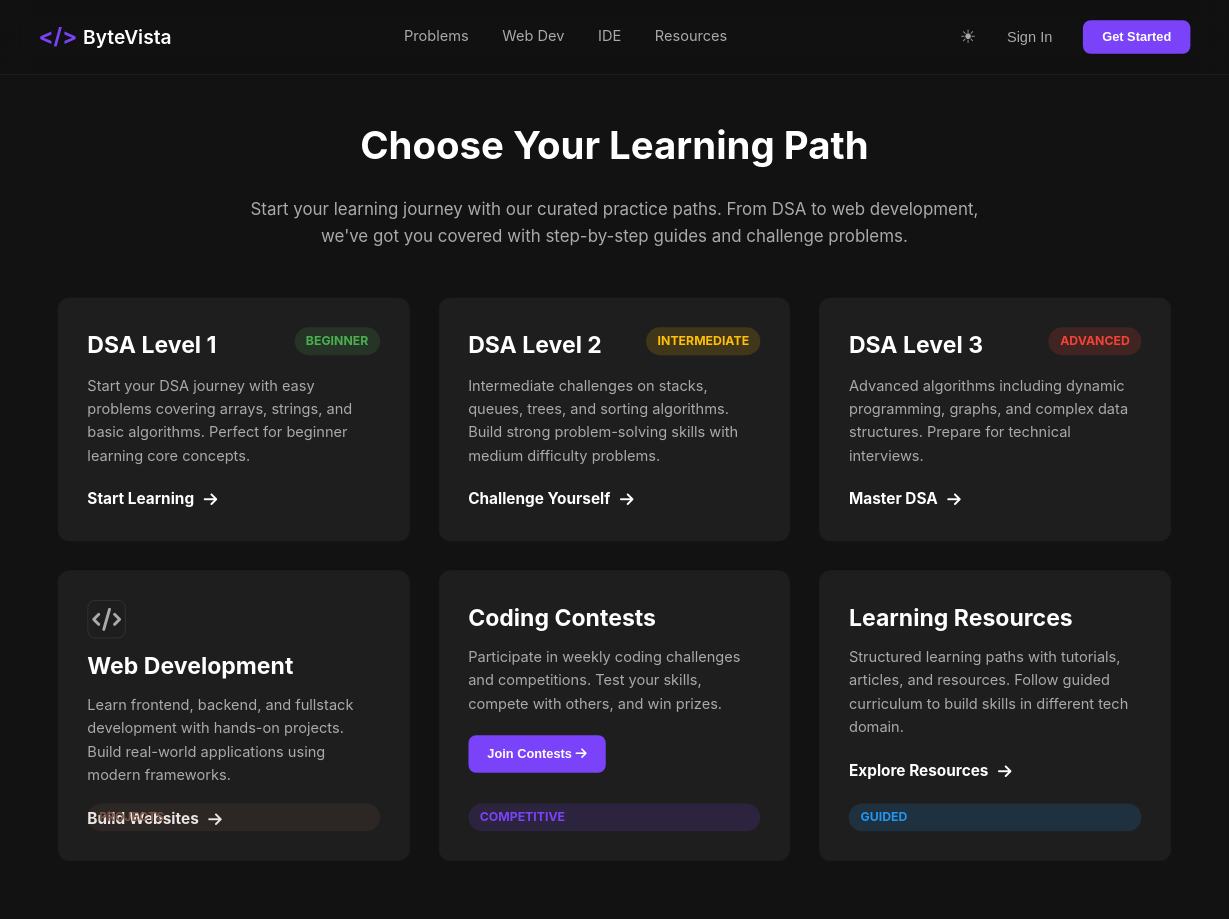
Repository: biswaranjansatapathy2005-lang/ByteVista
Page: frontend/course/course.html
The author's editor kept a copy of each file at every save. The page is drawn from the files as they stood at one save, then again after the next save.
The browser window is 1280 px wide. The pictures show the whole page, at 96% of full size.

Above is the page before, as saved 2025-12-13 02:50:14.

### frontend/course/course.html
<!DOCTYPE html>
<html lang="en">
<head>
    <meta charset="UTF-8">
    <meta name="viewport" content="width=device-width, initial-scale=1.0">
    <title>ByteVista-style Course Section</title>
    <link rel="stylesheet" href="course.css">
    <link rel="stylesheet" href="https://cdnjs.cloudflare.com/ajax/libs/font-awesome/6.0.0-beta3/css/all.min.css">
</head>
<body>
    <header class="main-header">
    <a href="#" class="brand-logo">
        <span class="logo-icon">&lt;/&gt;</span>
        <span class="logo-text">ByteVista</span>
    </a>

    <nav class="nav-links">
        <a href="#">Problems</a>
        <a href="#">Web Dev</a>
        <a href="#">IDE</a>
        <a href="#">Resources</a>
    </nav>

    <div class="user-actions">
        <button class="theme-toggle" aria-label="Toggle Theme">☀</button>
        <button class="sign-in">Sign In</button>
        <button class="get-started">Get Started</button>
    </div>
</header>

    <script>
    const header = document.querySelector('.main-header');

    window.addEventListener('scroll', () => {
        if (window.scrollY > 10) {
            header.classList.add('scrolled');
        } else {
            header.classList.remove('scrolled');
        }
    });
</script>


    <section class="learning-paths">
        <div class="container">
            <h2 class="section-title">Choose Your Learning Path</h2>
            <p class="section-subtitle">
                Start your learning journey with our curated practice paths. From DSA to web development,
                we've got you covered with step-by-step guides and challenge problems.
            </p>

            <div class="card-grid">
                <a href="#" class="card card-dsa-1">
                    <span class="tag tag-beginner">Beginner</span>
                    <div class="card-content">
                        <h3>DSA Level 1</h3>
                        <p>Start your DSA journey with easy problems covering arrays, strings, and basic algorithms. Perfect for beginner learning core concepts.</p>
                        <div class="card-link">
                            Start Learning <i class="fas fa-arrow-right"></i>
                        </div>
                    </div>
                </a>

                <a href="#" class="card card-dsa-2">
                    <span class="tag tag-intermediate">Intermediate</span>
                    <div class="card-content">
                        <h3>DSA Level 2</h3>
                        <p>Intermediate challenges on stacks, queues, trees, and sorting algorithms. Build strong problem-solving skills with medium difficulty problems.</p>
                        <div class="card-link">
                            Challenge Yourself <i class="fas fa-arrow-right"></i>
                        </div>
                    </div>
                </a>

                <a href="#" class="card card-dsa-3">
                    <span class="tag tag-advanced">Advanced</span>
                    <div class="card-content">
                        <h3>DSA Level 3</h3>
                        <p>Advanced algorithms including dynamic programming, graphs, and complex data structures. Prepare for technical interviews.</p>
                        <div class="card-link">
                            Master DSA <i class="fas fa-arrow-right"></i>
                        </div>
                    </div>
                </a>

                <a href="#" class="card card-web-dev">
                    <span class="icon-indicator"><i class="fas fa-code"></i></span>
                    <span class="tag tag-projects">Projects</span>
                    <div class="card-content">
                        <h3>Web Development</h3>
                        <p>Learn frontend, backend, and fullstack development with hands-on projects. Build real-world applications using modern frameworks.</p>
                        <div class="card-link">
                            Build Websites <i class="fas fa-arrow-right"></i>
                        </div>
                    </div>
                </a>

                <a href="#" class="card card-contests">
                    <span class="tag tag-competitive">Competitive</span>
                    <div class="card-content">
                        <h3>Coding Contests</h3>
                        <p>Participate in weekly coding challenges and competitions. Test your skills, compete with others, and win prizes.</p>
                        <button class="join-btn">Join Contests <i class="fas fa-arrow-right"></i></button>
                    </div>
                </a>

                <a href="#" class="card card-resources">
                    <span class="tag tag-guided">Guided</span>
                    <div class="card-content">
                        <h3>Learning Resources</h3>
                        <p>Structured learning paths with tutorials, articles, and resources. Follow guided curriculum to build skills in different tech domain.</p>
                        <div class="card-link">
                            Explore Resources <i class="fas fa-arrow-right"></i>
                        </div>
                    </div>
                </a>
            </div>
        </div>
    </section>



    <script src="course.js"></script>
</body>
</html>

### frontend/course/course.css
/* Base Styles for Dark Theme */
:root {
    --color-background: #121212;
    --color-card-bg: #1e1e1e;
    --color-text-primary: #ffffff;
    --color-text-secondary: #aaaaaa;
    --color-accent-purple: #7b43f9;
    --color-border-subtle: #333333;
    --color-shadow: rgba(0, 0, 0, 0.4);

    /* Tag Colors */
    --tag-beginner-bg: rgba(76, 175, 80, 0.15);
    --tag-beginner-text: #4caf50;
    --tag-intermediate-bg: rgba(255, 193, 7, 0.15);
    --tag-intermediate-text: #ffc107;
    --tag-advanced-bg: rgba(244, 67, 54, 0.15);
    --tag-advanced-text: #f44336;
    --tag-projects-bg: rgba(121, 85, 72, 0.15);
    --tag-projects-text: #795548;
    --tag-competitive-bg: rgba(123, 67, 249, 0.15);
    --tag-competitive-text: #7b43f9;
    --tag-guided-bg: rgba(33, 150, 243, 0.15);
    --tag-guided-text: #2196f3;
}

* {
    margin: 0;
    padding: 0;
    box-sizing: border-box;
}

body {
    font-family: 'Inter', sans-serif;
    background: var(--color-background);
    color: var(--color-text-primary);
    min-height: 100vh;
    line-height: 1.6;
}

.container {
    max-width: 1200px;
    margin: 0 auto;
    padding: 0 20px;
}

/* ----------------------------------------------------
   GLASS NAVBAR (ByteVista-style)
---------------------------------------------------- */
.main-header {
    position: fixed;
    top: 0;
    left: 0;
    width: 100%;
    z-index: 999;

    display: flex;
    align-items: center;
    justify-content: space-between;

    padding: 20px 40px;

    background: rgba(18, 18, 18, 0.25);
    backdrop-filter: blur(12px);
    -webkit-backdrop-filter: blur(12px);

    border-bottom: 1px solid rgba(255, 255, 255, 0.05);

    transition:
        padding 0.25s ease,
        background 0.25s ease,
        border-color 0.25s ease,
        backdrop-filter 0.3s ease;
}

.main-header.scrolled {
    background: rgba(18, 18, 18, 0.55);
    backdrop-filter: blur(18px);
    -webkit-backdrop-filter: blur(18px);
    padding: 12px 40px;
    border-bottom: 1px solid rgba(255, 255, 255, 0.12);
}

/* Logo */
.brand-logo {
    display: flex;
    align-items: center;
    gap: 6px;
    text-decoration: none;
}

.logo-icon {
    font-size: 1.45rem;
    font-weight: 700;
    color: var(--color-accent-purple);
}

.logo-text {
    font-size: 1.25rem;
    font-weight: 600;
    color: var(--color-text-primary);
}

/* Nav Links */
.nav-links {
    display: flex;
    gap: 35px;
}

.nav-links a {
    text-decoration: none;
    color: var(--color-text-secondary);
    font-size: 0.95rem;
    transition: color 0.25s ease;
}

.nav-links a:hover {
    color: #ffffff;
}

/* Right Side Buttons */
.user-actions {
    display: flex;
    align-items: center;
    gap: 18px;
}

.theme-toggle {
    background: none;
    border: none;
    color: var(--color-text-secondary);
    font-size: 1.2rem;
    cursor: pointer;
}

.sign-in {
    background: none;
    border: none;
    color: var(--color-text-secondary);
    font-size: 0.95rem;
    cursor: pointer;
    padding: 8px 14px;
}

.get-started {
    background: var(--color-accent-purple);
    color: #fff;
    border: none;
    border-radius: 8px;
    padding: 10px 20px;
    cursor: pointer;
    font-weight: 600;
    transition: 0.25s ease;
}

.get-started:hover {
    background: #9c6eff;
}

/* ----------------------------------------------------
   Section Title
---------------------------------------------------- */
.learning-paths {
    padding: 120px 0 60px; /* Add space because navbar is fixed */
}

.section-title {
    text-align: center;
    font-size: 2.5rem;
    margin-bottom: 20px;
}

.section-subtitle {
    text-align: center;
    color: var(--color-text-secondary);
    max-width: 800px;
    margin: 0 auto 50px;
    font-size: 1.1rem;
}

/* ----------------------------------------------------
   CARD GRID
---------------------------------------------------- */
.card-grid {
    display: grid;
    grid-template-columns: repeat(3, 1fr);
    gap: 30px;
}

/* Card */
.card {
    display: block;
    text-decoration: none;
    background: var(--color-card-bg);
    border-radius: 12px;
    padding: 30px;
    color: var(--color-text-primary);
    position: relative;

    border: 1px solid var(--color-card-bg);
    transition: transform 0.3s ease, box-shadow 0.3s ease, border-color 0.3s ease;
}

.card:hover {
    transform: translateY(-5px);
    box-shadow: 0 15px 30px var(--color-shadow);
    border-color: var(--color-accent-purple);
}

.card h3 {
    font-size: 1.5rem;
    margin-bottom: 10px;
}

.card p {
    color: var(--color-text-secondary);
    margin-bottom: 20px;
    font-size: 0.95rem;
}

/* Tags */
.tag {
    position: absolute;
    top: 30px;
    right: 30px;
    padding: 4px 12px;
    font-size: 0.8rem;
    font-weight: bold;
    border-radius: 18px;
    text-transform: uppercase;
}

/* Levels */
.tag-beginner { background: var(--tag-beginner-bg); color: var(--tag-beginner-text); }
.tag-intermediate { background: var(--tag-intermediate-bg); color: var(--tag-intermediate-text); }
.tag-advanced { background: var(--tag-advanced-bg); color: var(--tag-advanced-text); }

/* Left-aligned tags */
.tag-projects, .tag-competitive, .tag-guided {
    left: 30px;
    bottom: 30px;
    top: auto;
    padding: 4px 12px;
}

.tag-projects { background: var(--tag-projects-bg); color: var(--tag-projects-text); }
.tag-competitive { background: var(--tag-competitive-bg); color: var(--tag-competitive-text); }
.tag-guided { background: var(--tag-guided-bg); color: var(--tag-guided-text); }

/* Card link */
.card-link {
    color: var(--color-text-primary);
    font-weight: bold;
    display: flex;
    align-items: center;
    gap: 10px;
    transition: 0.3s;
}

.card:hover .card-link { color: var(--color-accent-purple); }

.card-link i { transition: transform 0.3s; }

.card:hover .card-link i { transform: translateX(5px); }

/* Web Dev Icon */
.icon-indicator {
    position: absolute;
    top: 30px;
    left: 30px;
    width: 40px;
    height: 40px;

    font-size: 1.5rem;
    color: var(--color-text-secondary);

    border: 1px solid var(--color-border-subtle);
    border-radius: 8px;

    display: flex;
    align-items: center;
    justify-content: center;

    transition: 0.3s;
}

.card-web-dev:hover .icon-indicator {
    border-color: var(--color-accent-purple);
    color: var(--color-accent-purple);
}

.card-web-dev .card-content { margin-top: 50px; }

/* Contests Button */
.join-btn {
    background: var(--color-accent-purple);
    color: #fff;
    border: none;
    padding: 12px 20px;
    border-radius: 8px;
    cursor: pointer;
    font-weight: bold;
    transition: 0.3s ease;
}

.join-btn:hover {
    background: #9c6eff;
    transform: scale(1.02);
}

### frontend/course/course.js
document.addEventListener('DOMContentLoaded', () => {
    const cards = document.querySelectorAll('.card');

    cards.forEach(card => {
        card.addEventListener('mousemove', handleMouseMove);
        card.addEventListener('mouseleave', handleMouseLeave);
    });
    // GLASS NAVBAR SCROLL EFFECT
const header = document.querySelector('.main-header');

window.addEventListener('scroll', () => {
    if (window.scrollY > 10) {
        header.classList.add('scrolled');
    } else {
        header.classList.remove('scrolled');
    }
});

    /**
     * Calculates and applies a subtle 3D tilt effect on mouse movement.
     * @param {MouseEvent} e - The mouse event object.
     */
    function handleMouseMove(e) {
        const card = e.currentTarget;
        const rect = card.getBoundingClientRect();

        // Get coordinates relative to the center of the card
        const x = e.clientX - rect.left - rect.width / 2;
        const y = e.clientY - rect.top - rect.height / 2;

        // Calculate rotation angles
        // The max tilt is set to 5 degrees for a subtle effect
        const rotateX = (-1 * (y / rect.height) * 5).toFixed(2);
        const rotateY = ((x / rect.width) * 5).toFixed(2);

        // Apply transform. The 'translateZ' makes it feel like it's lifting forward.
        card.style.transition = 'none'; // Disable transition for smooth real-time tilt
        card.style.transform = `perspective(1000px) rotateX(${rotateX}deg) rotateY(${rotateY}deg) scale(1.01)`;

        // Optional: Add a subtle inner shadow/glow based on position
        const shadowX = (x / rect.width) * 30;
        const shadowY = (y / rect.height) * 30;
        card.style.boxShadow = `
            ${-shadowX}px ${-shadowY}px 50px rgba(123, 67, 249, 0.3),
            0 15px 30px var(--color-shadow)
        `;
    }

    /**
     * Resets the card transform when the mouse leaves.
     * @param {MouseEvent} e - The mouse event object.
     */
    function handleMouseLeave(e) {
        const card = e.currentTarget;

        // Re-enable transition for smooth reset
        card.style.transition = 'transform 0.5s ease, box-shadow 0.5s ease, border-color 0.3s ease';

        // Reset transform and box-shadow to the initial CSS state
        card.style.transform = 'perspective(1000px) rotateX(0deg) rotateY(0deg) scale(1)';
        card.style.boxShadow = `0 15px 30px var(--color-shadow)`;
    }
});

After the next save:
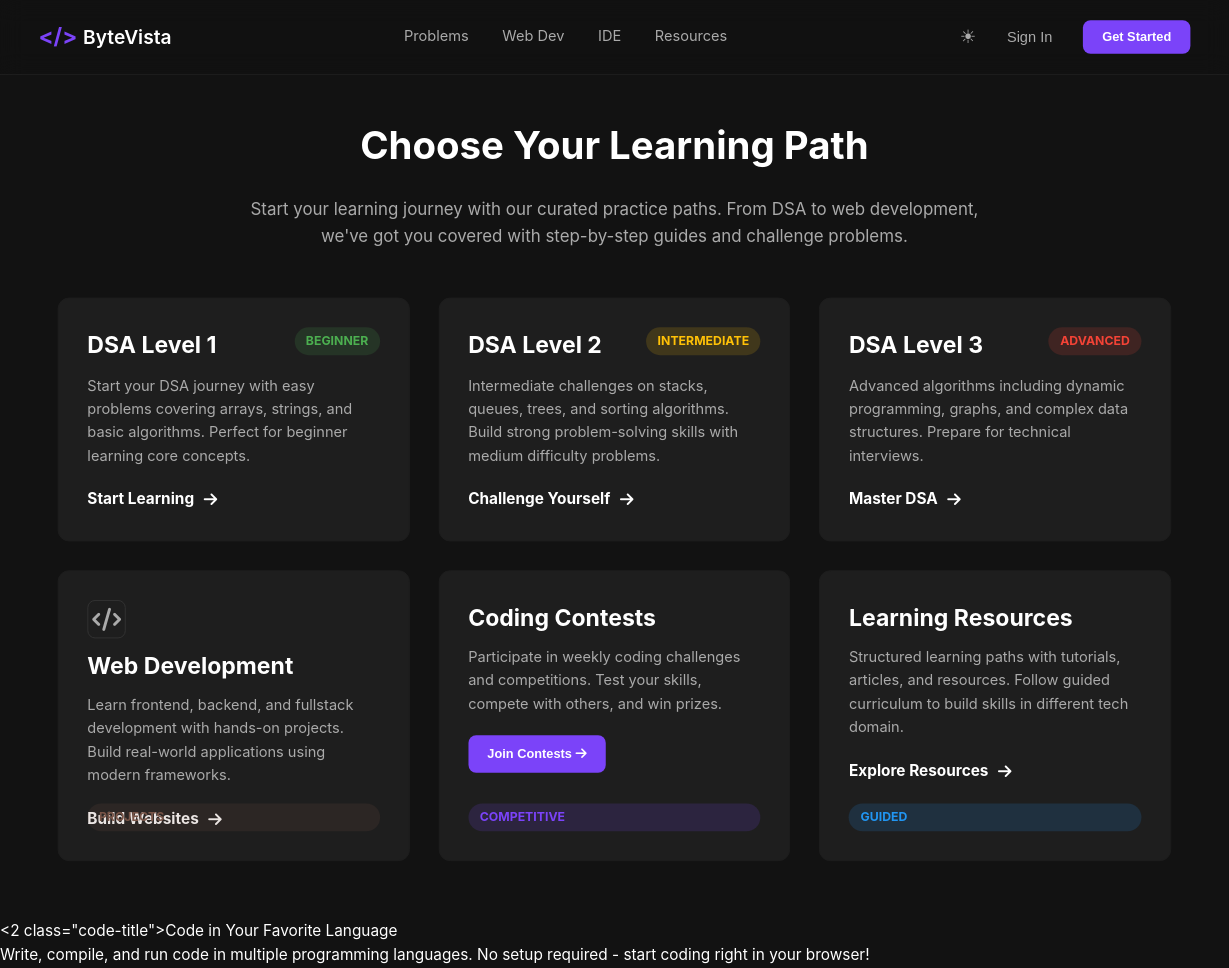
Saved 41 s later.
--- a/frontend/course/course.html
+++ b/frontend/course/course.html
@@ -118,7 +118,12 @@
         </div>
     </section>
 
-
+    <section class="code-section">
+        <2 class="code-title">Code in Your Favorite Language</h2>
+        <p class="code-subtitle">
+            Write, compile, and run code in multiple programming languages. No setup required - start coding right in your browser!
+        </p>
+    </section>
 
     <script src="course.js"></script>
 </body>
